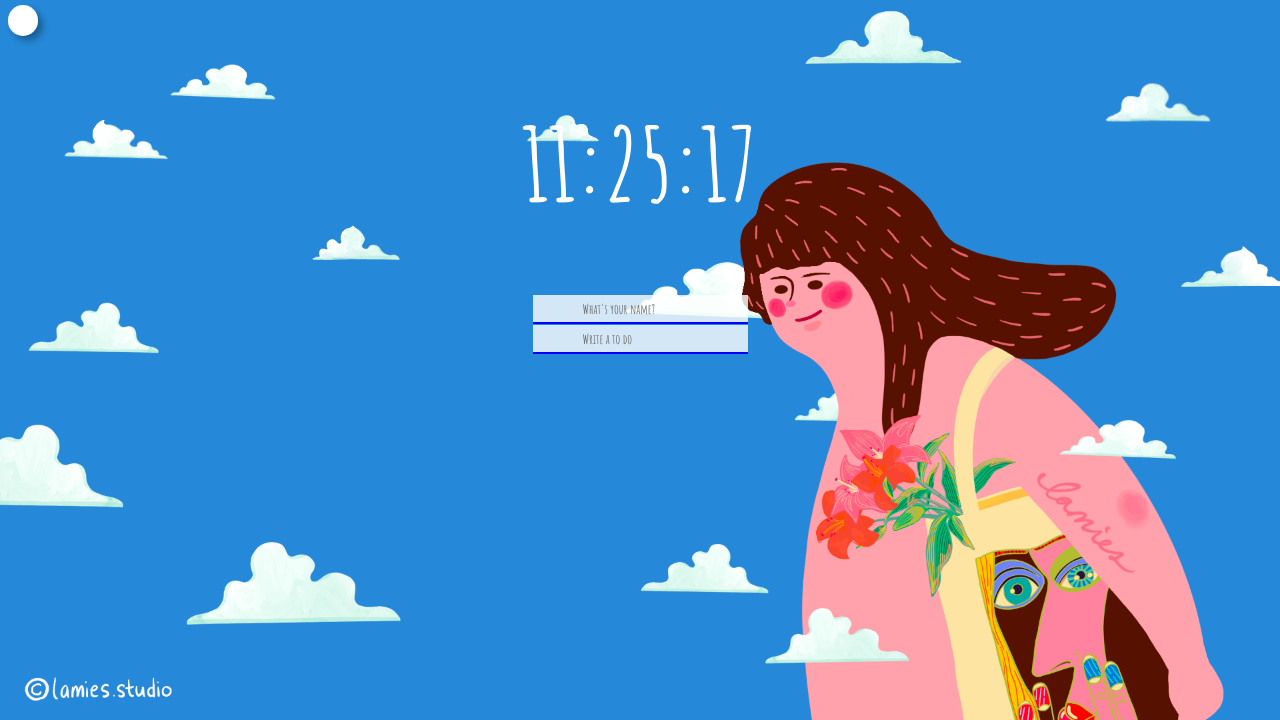
Repository: haleyjung/chrome_app
Page: index.html
These files come from the project's save history. The page is drawn as it stood at one moment and after the next save; the edit follows.
The browser window is 1280 px wide. The pictures show the whole page.

Above is the page before, as saved 2020-11-23 16:19:11.

After the next save:
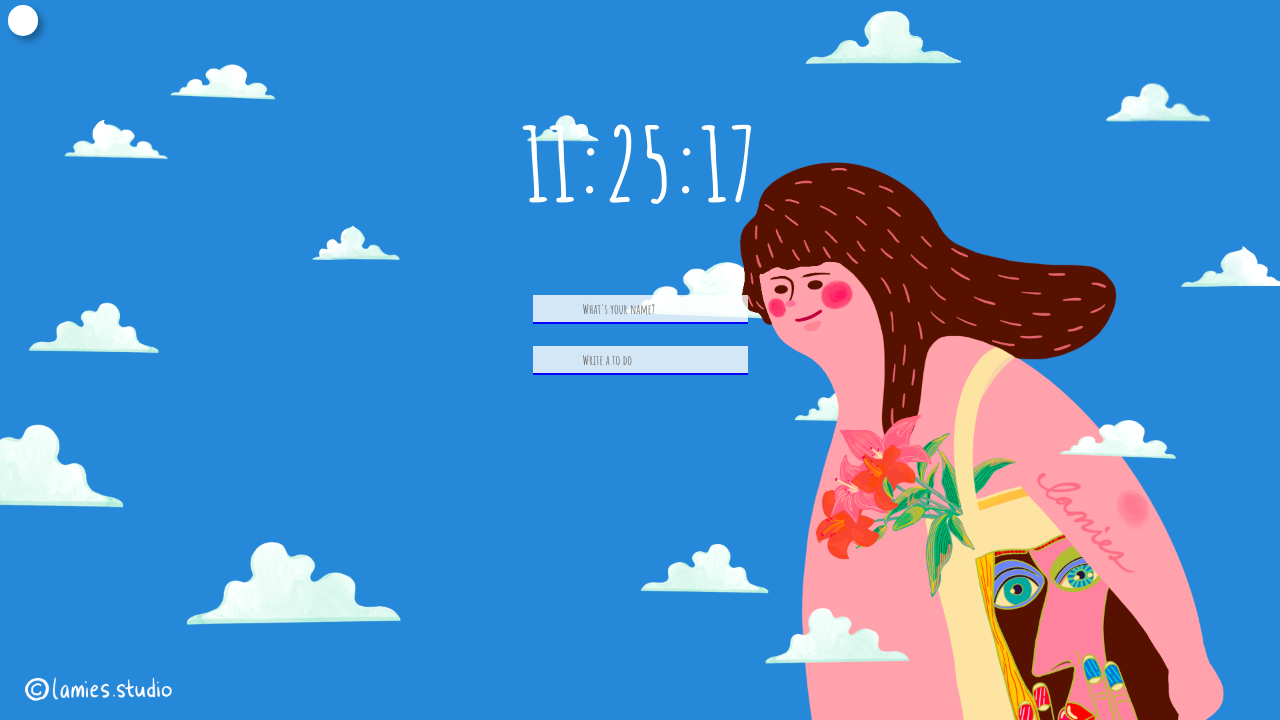
Saved 10 s later.
--- a/index.css
+++ b/index.css
@@ -42,7 +42,8 @@
 .js-form,
 .js-toDoForm {
   background-color: none;
-  margin-top: ;
+  margin-bottom: 10px;
+  font-size: 40px;
 }
 
 .btn {

After the save that followed:
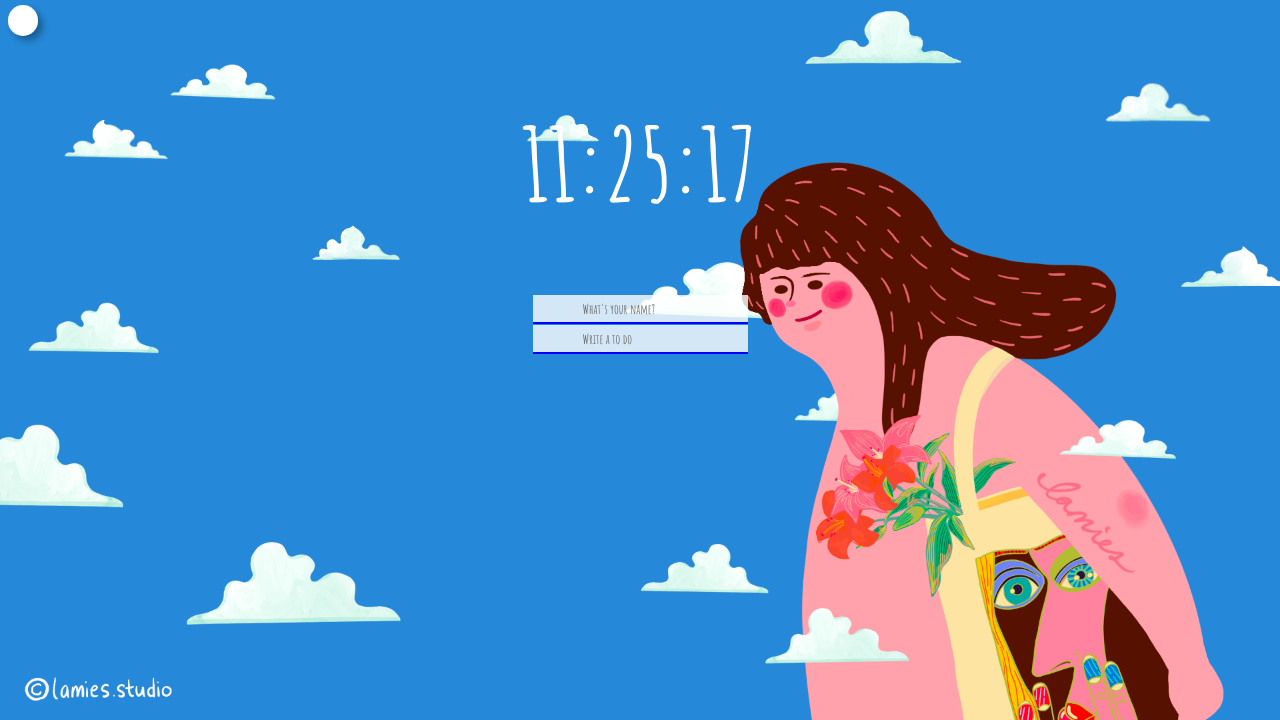
Saved 22 s later.
--- a/index.css
+++ b/index.css
@@ -39,11 +39,14 @@
   font-size: 50px;
 }
 
+.js-name .name {
+  font-size: 40px;
+}
+
 .js-form,
 .js-toDoForm {
   background-color: none;
   margin-bottom: 10px;
-  font-size: 40px;
 }
 
 .btn {
